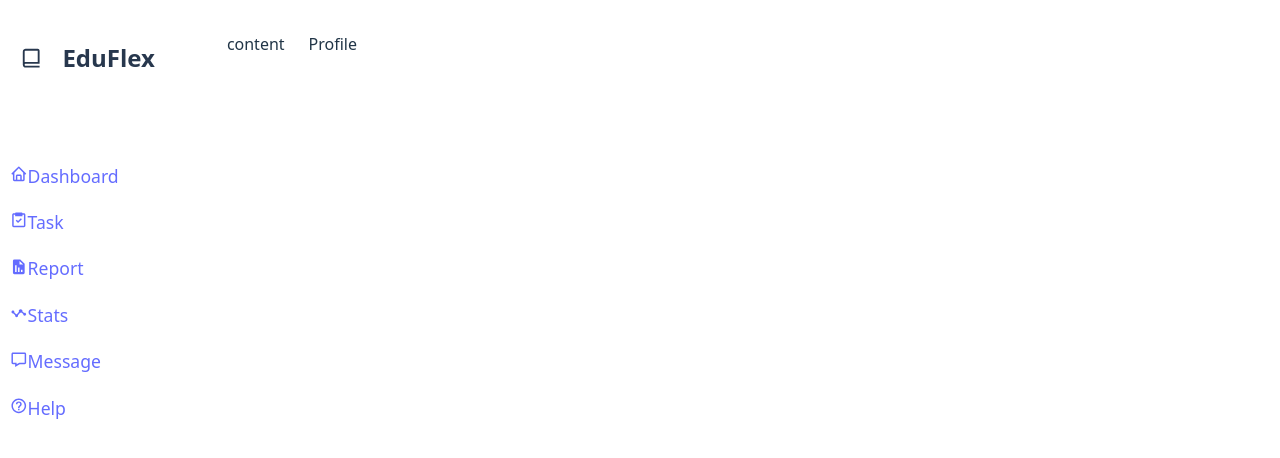
Repository: gogg23/react-dash
Page: /
An editor plug-in stored every save of this project. The page is shown before and after the next save, followed by the edit.
The browser window is 1280 px wide. The pictures show the whole page.
The project was rebuilt for these pictures with package versions that can differ from the ones it lists, and the page was loaded fresh each time. Also part of the build but not shown: vite.config.js.

Above is the page before, as saved 2025-03-20 20:12:15.

After the next save:
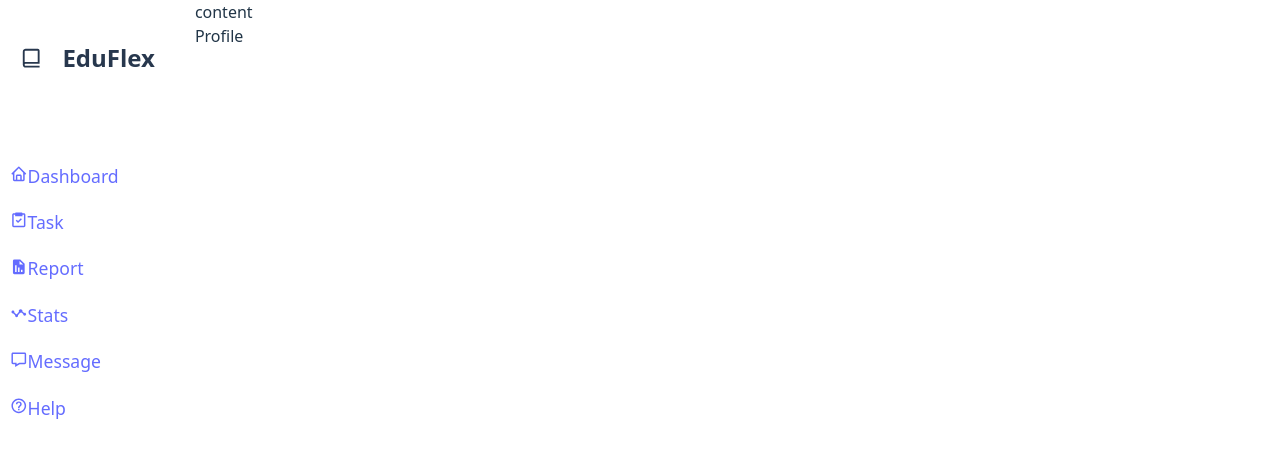
Saved 26 s later.
--- a/src/App.css
+++ b/src/App.css
@@ -3,7 +3,7 @@
   gap: 20px;
 }
 
-.dashboard-content {
+.dashboard content {
   background: #fff;
   flex: 1;
   border-radius: 20px;

After the 2 saves that followed:
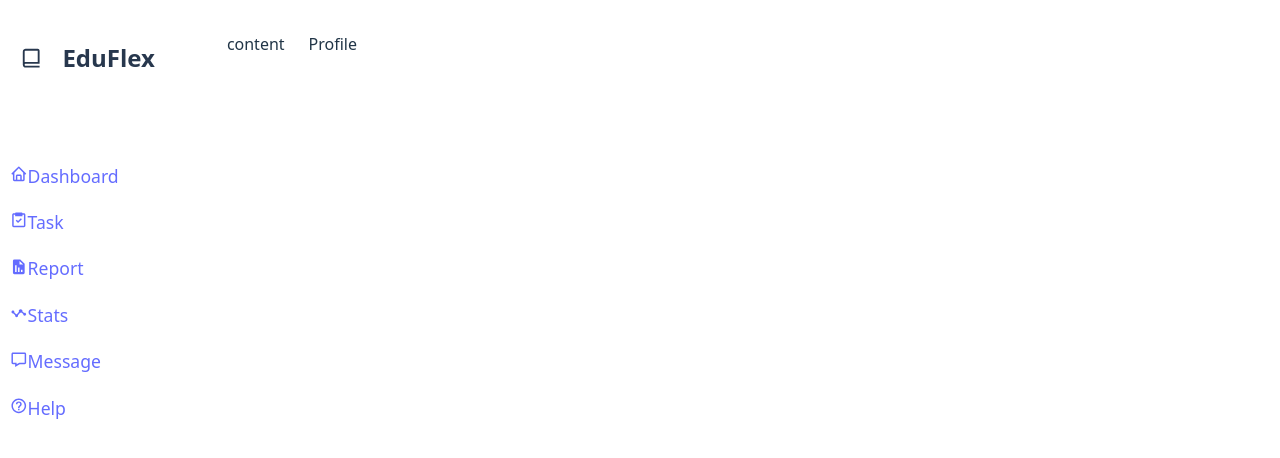
The 2 saves are shown as one change because 1 left the picture as it was.
The last was saved 36 s later.
--- a/src/App.jsx
+++ b/src/App.jsx
@@ -8,7 +8,7 @@ const App = () => {
   return (
     <div className='dashboard'>
       <Sidebar />
-      <div className='dashboard-content'>
+      <div className='dashboard--content'>
         <>
           <Content />
           <Profile />
--- a/src/App.css
+++ b/src/App.css
@@ -3,7 +3,7 @@
   gap: 20px;
 }
 
-.dashboard content {
+.dashboard--content {
   background: #fff;
   flex: 1;
   border-radius: 20px;
